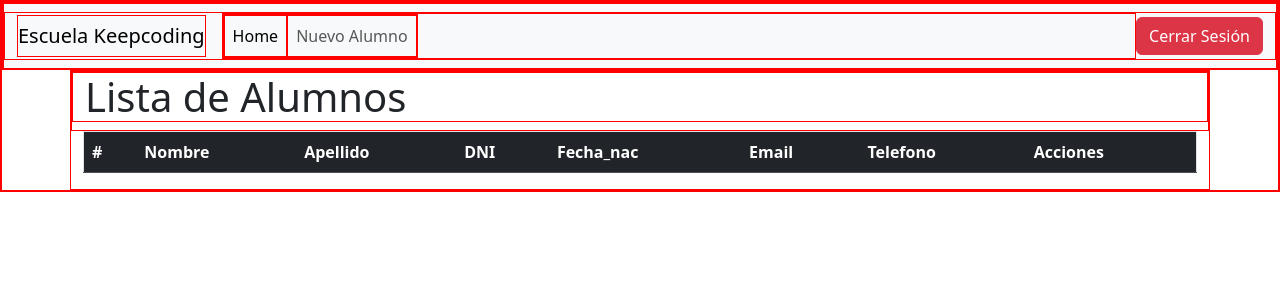
Repository: ChusmiPalos/EscuelaKeepcoding
Page: http://localhost/menu
These files come from the project's save history. The page is drawn as it stood at one moment and after the next save; the edit follows.
The browser window is 1280 px wide. The pictures show the whole page.
The page is this project's Thymeleaf template; nobody is signed in. The template is opened directly, without the code that normally fills it, so the values that code supplies are empty.

Above is the page before, as saved 2024-07-06 22:45:31.

After the next save:
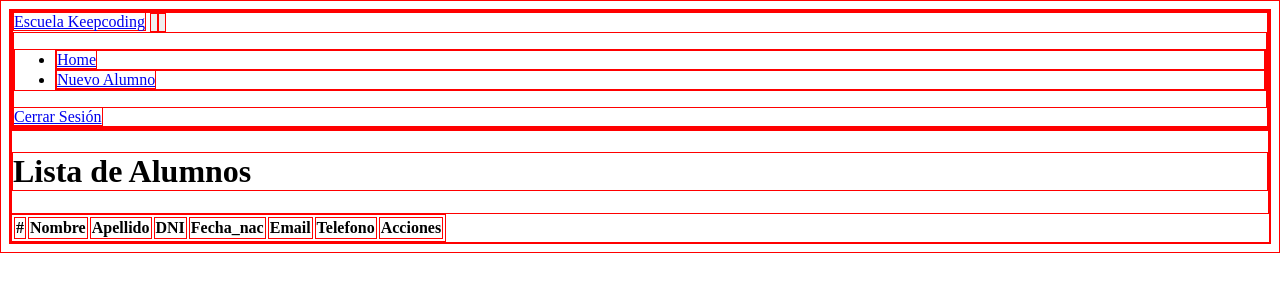
Saved 24 s later.
--- a/app-web-escuela/src/main/resources/templates/menu.html
+++ b/app-web-escuela/src/main/resources/templates/menu.html
@@ -3,11 +3,11 @@
 <head>
 <meta charset="UTF-8">
 <title>Escuela Keepcoding</title>
-<link
+<!--  <link
 	href="https://cdn.jsdelivr.net/npm/bootstrap@5.3.3/dist/css/bootstrap.min.css"
 	rel="stylesheet"
 	integrity="sha384-QWTKZyjpPEjISv5WaRU9OFeRpok6YctnYmDr5pNlyT2bRjXh0JMhjY6hW+ALEwIH"
-	crossorigin="anonymous">
+	crossorigin="anonymous"> -->
 </head>
 <style>
 * {
